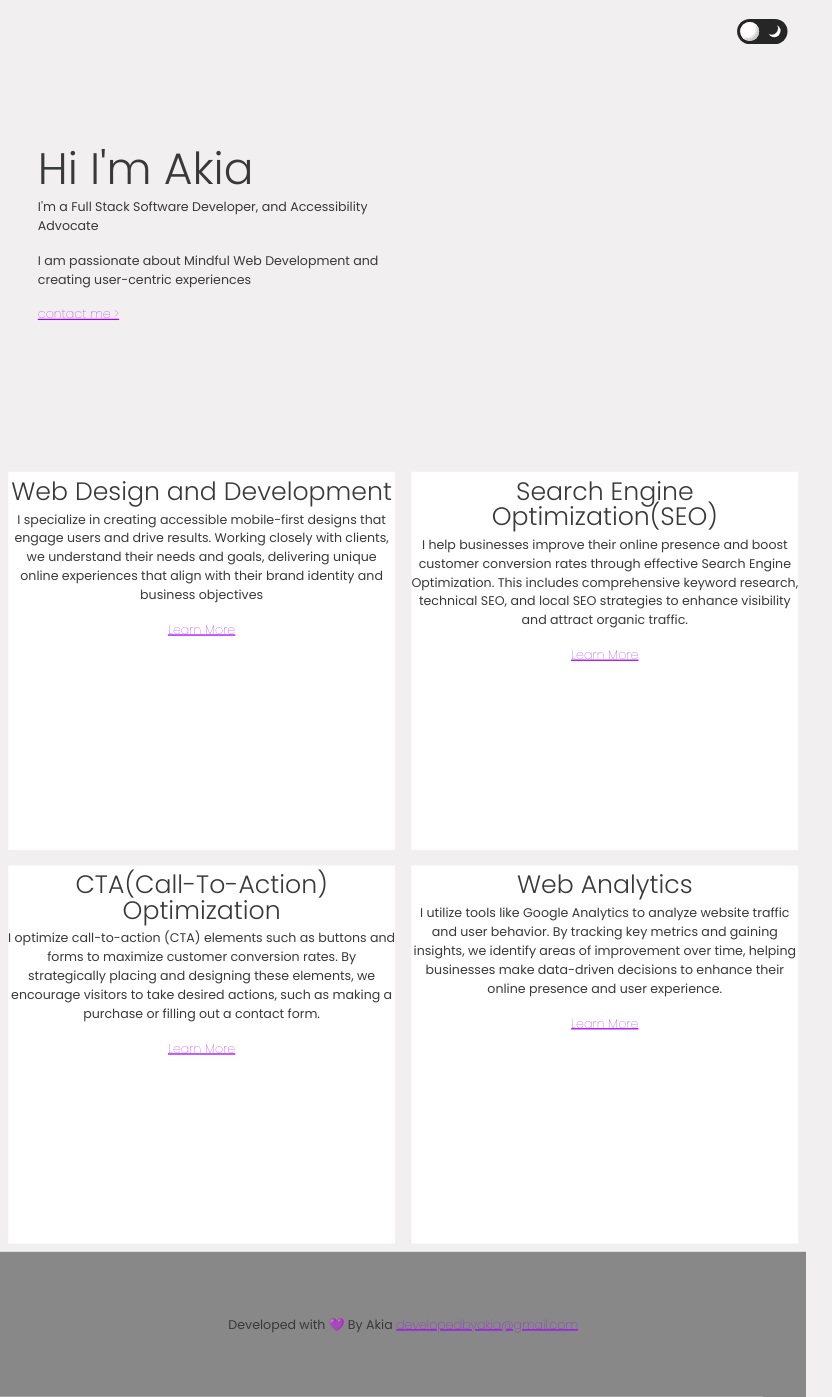
Repository: akiachenise/akiachenise.github.io
Page: index.html
These files come from the project's save history. The page is drawn as it stood at one moment and after the next save; the edit follows.
The browser window is 1280 px wide. The page is 1280 px wide, then 1320 px, so the pictures cover 1320 px, including what lies to the right of the window. The pictures show the whole page, at 63% of full size.

Above is the page before, as saved 2023-06-09 08:10:08.

After the next save:
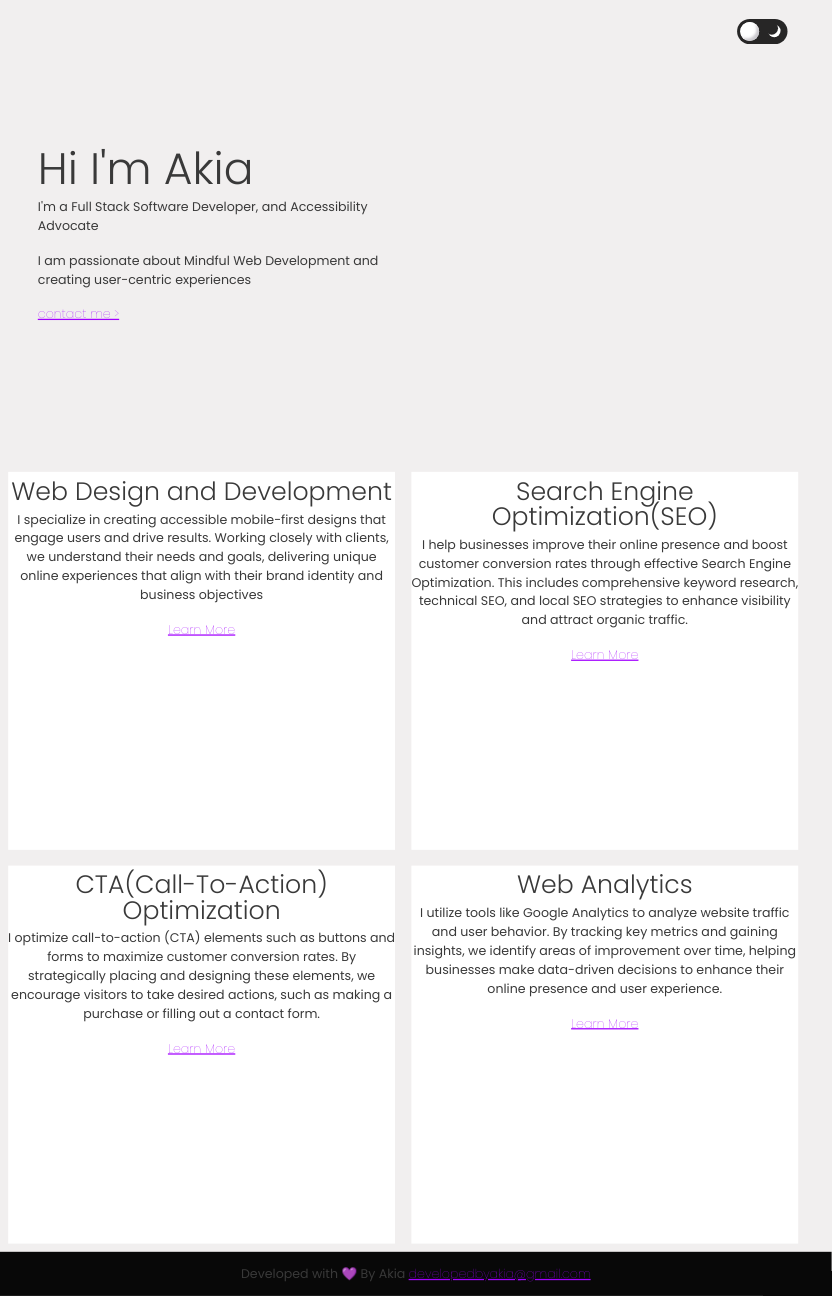
Saved 118 s later.
--- a/css/styles.css
+++ b/css/styles.css
@@ -254,10 +254,13 @@ header {
 
 
 footer {
-    display: flex;
+    background-color: rgb(8, 8, 8);
+    width: 100%;
+    padding: 20px;
+    display: flex;
+    font-family: poppins;
+    align-items: center;
     justify-content: center;
-    padding: 100px 30px;
-    background-color: rgb(136, 136, 136);
 }
 
 .dark footer {
